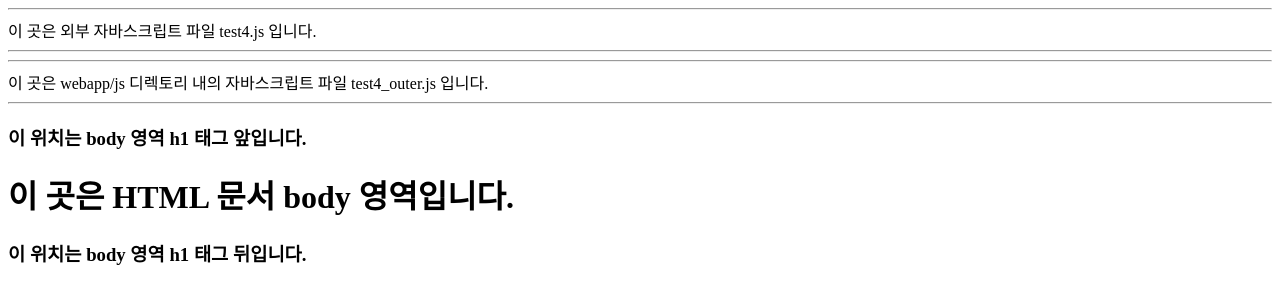
Repository: KimMinseooo/itwillStudy
Page: BACKEND/JSP/workspace_jsp/StudyJavascript/src/main/webapp/js02_1029/test4.html
An editor plug-in stored every save of this project. The page is shown before and after the next save, followed by the edit.
The browser window is 1280 px wide. The pictures show the whole page.

Above is the page before, as saved 2024-10-29 07:24:23.

### BACKEND/JSP/workspace_jsp/StudyJavascript/src/main/webapp/js02_1029/test4.html
<!DOCTYPE html>
<html>
<head>
<meta charset="UTF-8">
<title>Insert title here</title>
<!--
[ 외부 자바스크립트 파일 불러오기]
-<script> 태그의 src속성을 통해 불러올 외부 자바스크립트 파일 지정
- 절대경로 또는 상대경로 모두 사용 가능
- 외부 자바스크립트와 내부 자바스크립트 모두 차례대로 실행됨
- 주의! 외부파일을 불러오는 <script> 태그 내에 자바스크립트 코드 작성 시 동작하지 않는다 .
 -->
<script src="./test4.js"></script>
<script type="text/javascript">
alert("확인2");
</script>


<script type="text/javascript" src="../js/test4_outer.js">

alert("확인3333333");
console.log("확인33333333");

</script>


</head>
<body>

<script type="text/javascript">
	document.write("<h3>이 위치는 body 영역  h1 태그 앞입니다. </h3>");
	console.log("이 위치는 body 영역 h1 태그 앞입니다.");

</script>

	<h1>이 곳은 HTML 문서 body 영역입니다.</h1>

<script type="text/javascript">
	document.write("<h3>이 위치는 body 영역  h1 태그 뒤입니다. </h3>");
	console.log("이 위치는 body 영역 h1 태그 뒤입니다.");

</script>

</body>
</html>

### BACKEND/JSP/workspace_jsp/StudyJavascript/src/main/webapp/js02_1029/test4.js
/**

이 파일은 외부 자바스크립트 파일이며 자바스크립트 코드 전용 파일.
자바스크립트 파일 내에서는 <script> 태그 없이 자바스크립트 코드 작성함.
또한, 이 파일은 직접 실행되는 것이 아니라
HTML 문서의 <script> 태그를 사용하여 문서 내에 포함시켜 사용

 */

alert("확인");
console.log("외부 자바스크립트 파일 test4.js");
document.write("<hr>");
document.write("이 곳은 외부 자바스크립트 파일 test4.js 입니다. ");
document.write("<hr>");

### BACKEND/JSP/workspace_jsp/StudyJavascript/src/main/webapp/js/test4_outer.js
alert("확인");
console.log("외부 자바스크립트 파일 test4_outer.js");
document.write("<hr>");
document.write("이 곳은 webapp/js 디렉토리 내의 자바스크립트 파일 test4_outer.js 입니다. ");
document.write("<hr>");

After the next save:
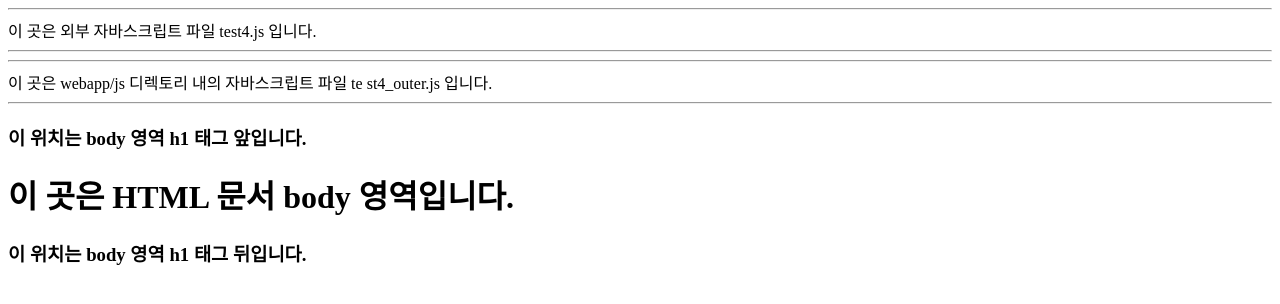
Saved 51 s later.
--- a/BACKEND/JSP/workspace_jsp/StudyJavascript/src/main/webapp/js/test4_outer.js
+++ b/BACKEND/JSP/workspace_jsp/StudyJavascript/src/main/webapp/js/test4_outer.js
@@ -1,5 +1,5 @@
 alert("확인");
 console.log("외부 자바스크립트 파일 test4_outer.js");
 document.write("<hr>");
-document.write("이 곳은 webapp/js 디렉토리 내의 자바스크립트 파일 test4_outer.js 입니다. ");
+document.write("이 곳은 webapp/js 디렉토리 내의 자바스크립트 파일 te st4_outer.js 입니다. ");
 document.write("<hr>");
